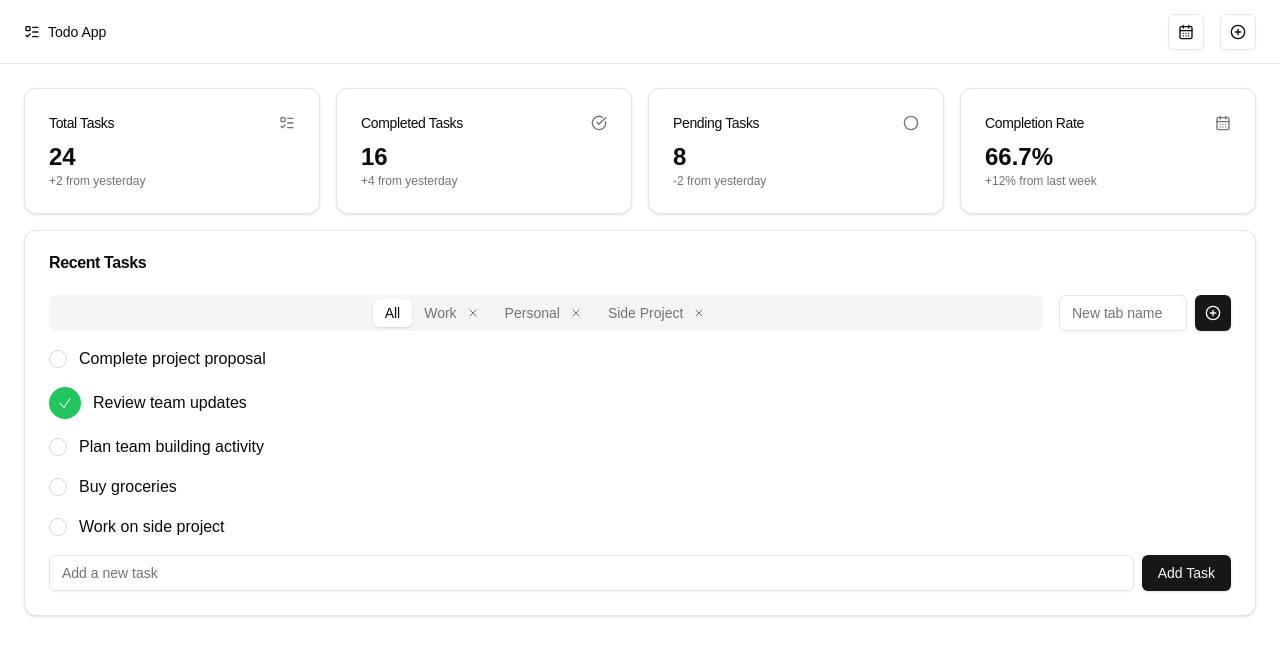
Repository: malikbarbier7/better-todo
Page: /dashboard
An editor plug-in stored every save of this project. The page is shown before and after the next save, followed by the edit.
The browser window is 1280 px wide. The pictures show the whole page.
The project was rebuilt for these pictures with package versions that can differ from the ones it lists, and the page was loaded fresh each time. The framework's server and built-in components were replaced by stand-ins that run in the browser. Also part of the build but not shown: next.config.js, next.config.mjs.

Above is the page before, as saved 2024-10-04 10:13:11.

### app/dashboard/page.tsx
import { Dashboard } from '@/components/dashboard'

export default function DashboardPage() {
  return <Dashboard />
}

### components/dashboard.tsx
'use client'

import React from 'react'
import { Button } from "@/components/ui/button"
import { Card, CardContent, CardHeader, CardTitle } from "@/components/ui/card"
import { Input } from "@/components/ui/input"
import { Tabs, TabsContent, TabsList, TabsTrigger } from "@/components/ui/tabs"
import { CalendarDays, CheckCircle, Circle, ListTodo, PlusCircle, X } from "lucide-react"
import { Tasks } from '../types'; // Adjust the import path as needed
import { CheckIcon } from '@heroicons/react/24/solid';

export function Dashboard() {
  const [tabs, setTabs] = React.useState(['All', 'Work', 'Personal', 'Side Project'])
  const [activeTab, setActiveTab] = React.useState('All')
  const [newTabName, setNewTabName] = React.useState('')
  const [newTaskName, setNewTaskName] = React.useState('')
  const [tasks, setTasks] = React.useState({
    'All': [
      { id: 1, name: 'Complete project proposal', status: 'pending', category: 'Work', dueDate: 'Due in 2 days' },
      { id: 2, name: 'Review team updates', status: 'completed', category: 'Work', dueDate: 'Completed yesterday' },
      { id: 3, name: 'Plan team building activity', status: 'pending', category: 'Work', dueDate: 'Due next week' },
      { id: 4, name: 'Buy groceries', status: 'pending', category: 'Personal', dueDate: 'Due tomorrow' },
      { id: 5, name: 'Work on side project', status: 'pending', category: 'Side Project', dueDate: 'Due in 3 days' },
    ],
    'Work': [
      { id: 1, name: 'Complete project proposal', status: 'pending', category: 'Work', dueDate: 'Due in 2 days' },
      { id: 2, name: 'Review team updates', status: 'completed', category: 'Work', dueDate: 'Completed yesterday' },
      { id: 3, name: 'Plan team building activity', status: 'pending', category: 'Work', dueDate: 'Due next week' },
    ],
    'Personal': [
      { id: 4, name: 'Buy groceries', status: 'pending', category: 'Personal', dueDate: 'Due tomorrow' },
    ],
    'Side Project': [
      { id: 5, name: 'Work on side project', status: 'pending', category: 'Side Project', dueDate: 'Due in 3 days' },
    ],
  })

  const handleAddTab = () => {
    if (newTabName && !tabs.includes(newTabName)) {
      setTabs([...tabs, newTabName])
      setTasks({ ...tasks, [newTabName]: [] })
      setActiveTab(newTabName)
      setNewTabName('')
    }
  }

  const handleRemoveTab = (tab: string) => {
    if (tab !== 'All') {
      const newTabs = tabs.filter(t => t !== tab);
      const { [tab]: removedTasks, ...restTasks } = tasks as Tasks;
      setTabs(newTabs);
      setTasks(restTasks);
      setActiveTab('All');
    }
  }

  const handleAddTask = (e: React.FormEvent) => {
    e.preventDefault()
    if (newTaskName) {
      const newTask = {
        id: Date.now(),
        name: newTaskName,
        status: 'pending',
        category: activeTab === 'All' ? 'Uncategorized' : activeTab,
        dueDate: 'Not set'
      }
      setTasks(prevTasks => ({
        ...prevTasks,
        [activeTab]: [...(prevTasks[activeTab as keyof typeof prevTasks] || []), newTask],
        'All': [...prevTasks['All'], newTask]
      }))
      setNewTaskName('')
    }
  }

  const handleTaskStatusChange = (taskId: string, status: 'complete' | 'incomplete') => {
    // Implement task status change logic here
  };

  return (
    <div className="flex flex-col min-h-screen">
      <header className="flex items-center h-16 px-4 border-b shrink-0 md:px-6">
        <nav className="flex-1">
          <ul className="flex items-center gap-4 text-sm font-medium">
            <li className="flex items-center gap-2">
              <ListTodo className="w-4 h-4" />
              <span>Todo App</span>
            </li>
          </ul>
        </nav>
        <div className="flex items-center gap-4 md:gap-2 lg:gap-4">
          <Button variant="outline" size="icon">
            <CalendarDays className="w-4 h-4" />
            <span className="sr-only">View calendar</span>
          </Button>
          <Button variant="outline" size="icon">
            <PlusCircle className="w-4 h-4" />
            <span className="sr-only">Create new task</span>
          </Button>
        </div>
      </header>
      <main className="flex-1 overflow-auto p-4 md:p-6">
        <div className="grid gap-4 md:grid-cols-2 lg:grid-cols-4">
          <Card>
            <CardHeader className="flex flex-row items-center justify-between pb-2 space-y-0">
              <CardTitle className="text-sm font-medium">Total Tasks</CardTitle>
              <ListTodo className="w-4 h-4 text-muted-foreground" />
            </CardHeader>
            <CardContent>
              <div className="text-2xl font-bold">24</div>
              <p className="text-xs text-muted-foreground">+2 from yesterday</p>
            </CardContent>
          </Card>
          <Card>
            <CardHeader className="flex flex-row items-center justify-between pb-2 space-y-0">
              <CardTitle className="text-sm font-medium">Completed Tasks</CardTitle>
              <CheckCircle className="w-4 h-4 text-muted-foreground" />
            </CardHeader>
            <CardContent>
              <div className="text-2xl font-bold">16</div>
              <p className="text-xs text-muted-foreground">+4 from yesterday</p>
            </CardContent>
          </Card>
          <Card>
            <CardHeader className="flex flex-row items-center justify-between pb-2 space-y-0">
              <CardTitle className="text-sm font-medium">Pending Tasks</CardTitle>
              <Circle className="w-4 h-4 text-muted-foreground" />
            </CardHeader>
            <CardContent>
              <div className="text-2xl font-bold">8</div>
              <p className="text-xs text-muted-foreground">-2 from yesterday</p>
            </CardContent>
          </Card>
          <Card>
            <CardHeader className="flex flex-row items-center justify-between pb-2 space-y-0">
              <CardTitle className="text-sm font-medium">Completion Rate</CardTitle>
              <CalendarDays className="w-4 h-4 text-muted-foreground" />
            </CardHeader>
            <CardContent>
              <div className="text-2xl font-bold">66.7%</div>
              <p className="text-xs text-muted-foreground">+12% from last week</p>
            </CardContent>
          </Card>
        </div>
        <Card className="mt-4">
          <CardHeader>
            <CardTitle>Recent Tasks</CardTitle>
          </CardHeader>
          <CardContent>
            <Tabs value={activeTab} onValueChange={setActiveTab} className="w-full">
              <div className="flex items-center space-x-4 mb-4">
                <TabsList className="flex-grow">
                  {tabs.map((tab) => (
                    <TabsTrigger key={tab} value={tab} className="flex items-center">
                      {tab}
                      {tab !== 'All' && (
                        <Button
                          variant="ghost"
                          size="icon"
                          className="ml-2 h-4 w-4"
                          onClick={(e) => {
                            e.stopPropagation()
                            handleRemoveTab(tab)
                          }}
                        >
                          <X className="h-3 w-3" />
                        </Button>
                      )}
                    </TabsTrigger>
                  ))}
                </TabsList>
                <div className="flex items-center space-x-2">
                  <Input
                    placeholder="New tab name"
                    value={newTabName}
                    onChange={(e) => setNewTabName(e.target.value)}
                    className="w-32"
                  />
                  <Button onClick={handleAddTab} size="icon">
                    <PlusCircle className="h-4 w-4" />
                  </Button>
                </div>
              </div>
              {tabs.map((tab) => (
                <TabsContent key={tab} value={tab}>
                  <div className="space-y-4">
                    {(tasks[tab as keyof typeof tasks] ?? []).map((task) => (
                      <div key={task.id} className="flex items-center">
                        {task.status === 'completed' ? (
                          <button
                            className="p-2 bg-green-500 text-white rounded-full"
                            onClick={() => handleTaskStatusChange(task.id.toString(), 'incomplete')}
                          >
                            <CheckIcon className="w-4 h-4" />
                          </button>
                        ) : (
                          <button
                            className="p-2 border border-gray-300 rounded-full"
                            onClick={() => handleTaskStatusChange(task.id.toString(), 'complete')}
                          >
                            <span className="sr-only">Mark as complete</span>
                          </button>
                        )}
                        <span className="ml-3 flex-1">{task.name}</span>
                        {/* Other task details */}
                      </div>
                    ))}
                  </div>
                  <form onSubmit={handleAddTask} className="mt-4 flex items-center space-x-2">
                    <Input
                      placeholder="Add a new task"
                      value={newTaskName}
                      onChange={(e) => setNewTaskName(e.target.value)}
                      className="flex-grow"
                    />
                    <Button type="submit">Add Task</Button>
                  </form>
                </TabsContent>
              ))}
            </Tabs>
          </CardContent>
        </Card>
      </main>
    </div>
  )
}

### components/ui/button.tsx
import * as React from "react"
import { Slot } from "@radix-ui/react-slot"
import { cva, type VariantProps } from "class-variance-authority"

import { cn } from "@/lib/utils"

const buttonVariants = cva(
  "inline-flex items-center justify-center whitespace-nowrap rounded-md text-sm font-medium transition-colors focus-visible:outline-none focus-visible:ring-1 focus-visible:ring-ring disabled:pointer-events-none disabled:opacity-50",
  {
    variants: {
      variant: {
        default:
          "bg-primary text-primary-foreground shadow hover:bg-primary/90",
        destructive:
          "bg-destructive text-destructive-foreground shadow-sm hover:bg-destructive/90",
        outline:
          "border border-input bg-background shadow-sm hover:bg-accent hover:text-accent-foreground",
        secondary:
          "bg-secondary text-secondary-foreground shadow-sm hover:bg-secondary/80",
        ghost: "hover:bg-accent hover:text-accent-foreground",
        link: "text-primary underline-offset-4 hover:underline",
      },
      size: {
        default: "h-9 px-4 py-2",
        sm: "h-8 rounded-md px-3 text-xs",
        lg: "h-10 rounded-md px-8",
        icon: "h-9 w-9",
      },
    },
    defaultVariants: {
      variant: "default",
      size: "default",
    },
  }
)

export interface ButtonProps
  extends React.ButtonHTMLAttributes<HTMLButtonElement>,
    VariantProps<typeof buttonVariants> {
  asChild?: boolean
}

const Button = React.forwardRef<HTMLButtonElement, ButtonProps>(
  ({ className, variant, size, asChild = false, ...props }, ref) => {
    const Comp = asChild ? Slot : "button"
    return (
      <Comp
        className={cn(buttonVariants({ variant, size, className }))}
        ref={ref}
        {...props}
      />
    )
  }
)
Button.displayName = "Button"

export { Button, buttonVariants }

### components/ui/card.tsx
import * as React from "react"

import { cn } from "@/lib/utils"

const Card = React.forwardRef<
  HTMLDivElement,
  React.HTMLAttributes<HTMLDivElement>
>(({ className, ...props }, ref) => (
  <div
    ref={ref}
    className={cn(
      "rounded-xl border bg-card text-card-foreground shadow",
      className
    )}
    {...props}
  />
))
Card.displayName = "Card"

const CardHeader = React.forwardRef<
  HTMLDivElement,
  React.HTMLAttributes<HTMLDivElement>
>(({ className, ...props }, ref) => (
  <div
    ref={ref}
    className={cn("flex flex-col space-y-1.5 p-6", className)}
    {...props}
  />
))
CardHeader.displayName = "CardHeader"

const CardTitle = React.forwardRef<
  HTMLParagraphElement,
  React.HTMLAttributes<HTMLHeadingElement>
>(({ className, ...props }, ref) => (
  <h3
    ref={ref}
    className={cn("font-semibold leading-none tracking-tight", className)}
    {...props}
  />
))
CardTitle.displayName = "CardTitle"

const CardDescription = React.forwardRef<
  HTMLParagraphElement,
  React.HTMLAttributes<HTMLParagraphElement>
>(({ className, ...props }, ref) => (
  <p
    ref={ref}
    className={cn("text-sm text-muted-foreground", className)}
    {...props}
  />
))
CardDescription.displayName = "CardDescription"

const CardContent = React.forwardRef<
  HTMLDivElement,
  React.HTMLAttributes<HTMLDivElement>
>(({ className, ...props }, ref) => (
  <div ref={ref} className={cn("p-6 pt-0", className)} {...props} />
))
CardContent.displayName = "CardContent"

const CardFooter = React.forwardRef<
  HTMLDivElement,
  React.HTMLAttributes<HTMLDivElement>
>(({ className, ...props }, ref) => (
  <div
    ref={ref}
    className={cn("flex items-center p-6 pt-0", className)}
    {...props}
  />
))
CardFooter.displayName = "CardFooter"

export { Card, CardHeader, CardFooter, CardTitle, CardDescription, CardContent }

### components/ui/input.tsx
import * as React from "react"

import { cn } from "@/lib/utils"

export interface InputProps
  extends React.InputHTMLAttributes<HTMLInputElement> {}

const Input = React.forwardRef<HTMLInputElement, InputProps>(
  ({ className, type, ...props }, ref) => {
    return (
      <input
        type={type}
        className={cn(
          "flex h-9 w-full rounded-md border border-input bg-transparent px-3 py-1 text-sm shadow-sm transition-colors file:border-0 file:bg-transparent file:text-sm file:font-medium file:text-foreground placeholder:text-muted-foreground focus-visible:outline-none focus-visible:ring-1 focus-visible:ring-ring disabled:cursor-not-allowed disabled:opacity-50",
          className
        )}
        ref={ref}
        {...props}
      />
    )
  }
)
Input.displayName = "Input"

export { Input }

### components/ui/tabs.tsx
"use client"

import * as React from "react"
import * as TabsPrimitive from "@radix-ui/react-tabs"

import { cn } from "@/lib/utils"

const Tabs = TabsPrimitive.Root

const TabsList = React.forwardRef<
  React.ElementRef<typeof TabsPrimitive.List>,
  React.ComponentPropsWithoutRef<typeof TabsPrimitive.List>
>(({ className, ...props }, ref) => (
  <TabsPrimitive.List
    ref={ref}
    className={cn(
      "inline-flex h-9 items-center justify-center rounded-lg bg-muted p-1 text-muted-foreground",
      className
    )}
    {...props}
  />
))
TabsList.displayName = TabsPrimitive.List.displayName

const TabsTrigger = React.forwardRef<
  React.ElementRef<typeof TabsPrimitive.Trigger>,
  React.ComponentPropsWithoutRef<typeof TabsPrimitive.Trigger>
>(({ className, ...props }, ref) => (
  <TabsPrimitive.Trigger
    ref={ref}
    className={cn(
      "inline-flex items-center justify-center whitespace-nowrap rounded-md px-3 py-1 text-sm font-medium ring-offset-background transition-all focus-visible:outline-none focus-visible:ring-2 focus-visible:ring-ring focus-visible:ring-offset-2 disabled:pointer-events-none disabled:opacity-50 data-[state=active]:bg-background data-[state=active]:text-foreground data-[state=active]:shadow",
      className
    )}
    {...props}
  />
))
TabsTrigger.displayName = TabsPrimitive.Trigger.displayName

const TabsContent = React.forwardRef<
  React.ElementRef<typeof TabsPrimitive.Content>,
  React.ComponentPropsWithoutRef<typeof TabsPrimitive.Content>
>(({ className, ...props }, ref) => (
  <TabsPrimitive.Content
    ref={ref}
    className={cn(
      "mt-2 ring-offset-background focus-visible:outline-none focus-visible:ring-2 focus-visible:ring-ring focus-visible:ring-offset-2",
      className
    )}
    {...props}
  />
))
TabsContent.displayName = TabsPrimitive.Content.displayName

export { Tabs, TabsList, TabsTrigger, TabsContent }

Loaded but not shown: app/layout.tsx (common file); app/globals.css (common file); lib/utils.ts (common file); tailwind.config.ts (common file)

After the next save:
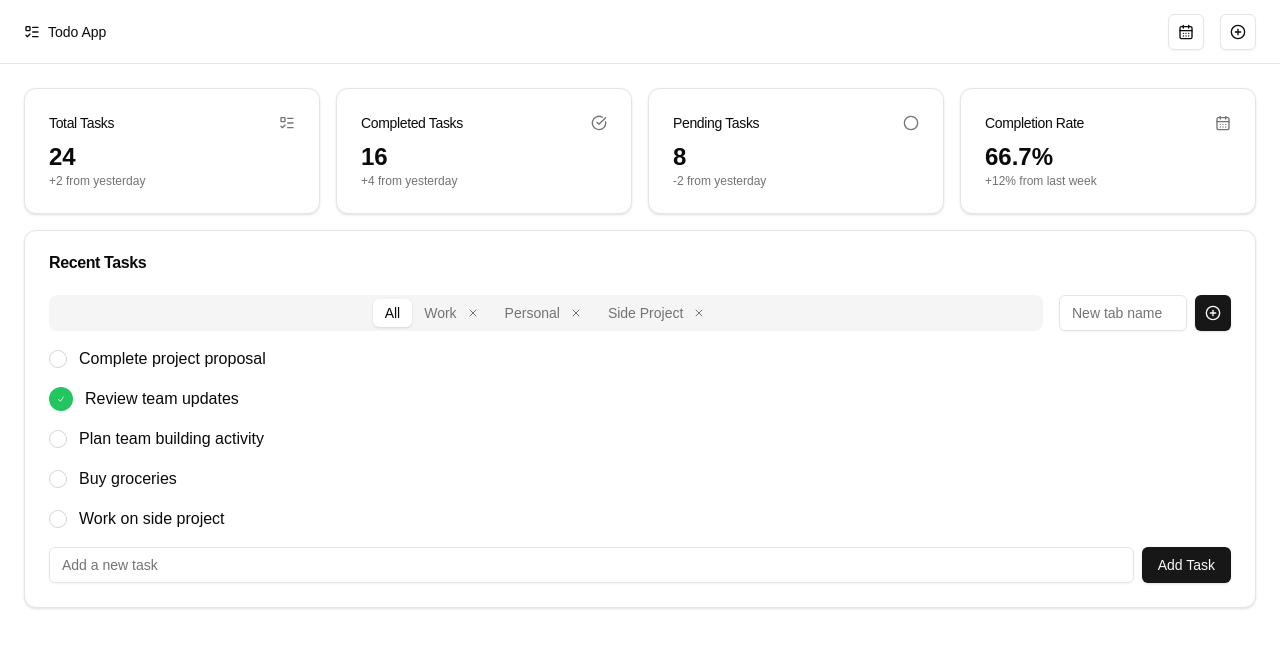
Saved 6 s later.
--- a/components/dashboard.tsx
+++ b/components/dashboard.tsx
@@ -191,7 +191,7 @@ export function Dashboard() {
                             className="p-2 bg-green-500 text-white rounded-full"
                             onClick={() => handleTaskStatusChange(task.id.toString(), 'incomplete')}
                           >
-                            <CheckIcon className="w-4 h-4" />
+                            <CheckIcon className="w-2 h-2" />
                           </button>
                         ) : (
                           <button
